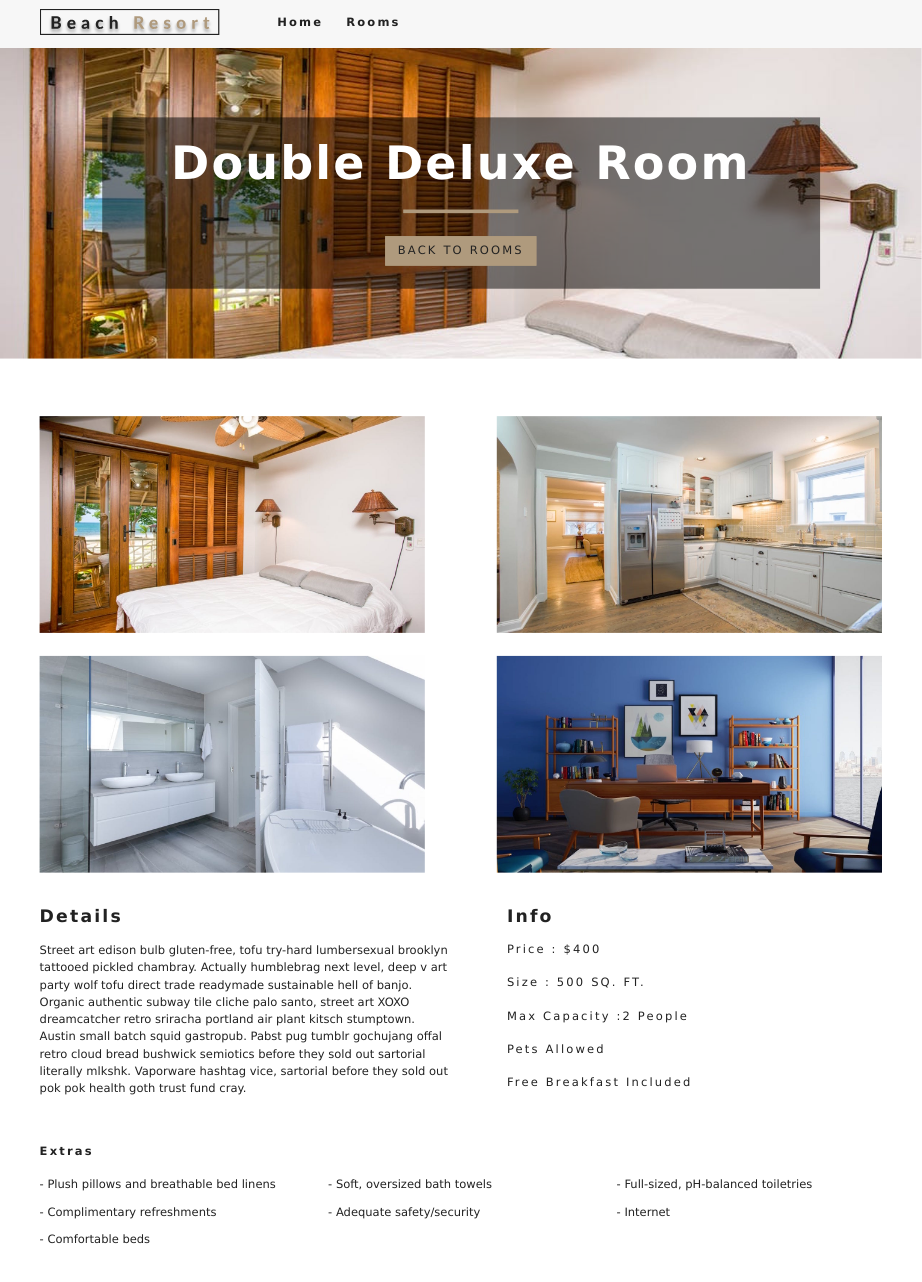
Repository: sanchit01garg/react-beachResort
Page: /rooms/double-deluxe
The author's editor kept a copy of each file at every save. The page is drawn from the files as they stood at one save, then again after the next save.
The browser window is 1280 px wide. The pictures show the whole page, at 72% of full size.
The project was rebuilt for these pictures with package versions that can differ from the ones it lists, and the page was loaded fresh each time. Also part of the build but not shown: src/components/Hero.js, src/components/Title.js, src/components/Services.js, src/components/Loading.js, src/components/Room.js, src/components/FeaturedRooms.js, src/pages/Home.js, src/pages/Error.js and 4 more.

Above is the page before, as saved 2021-01-08 15:57:42.

### src/index.js
import React from "react";
import ReactDOM from "react-dom";
// import './index.css';
import { BrowserRouter as Router } from "react-router-dom";
import App from "./App";
import reportWebVitals from "./reportWebVitals";
import { RoomProvider } from "./Context";

ReactDOM.render(
  <RoomProvider>
    <Router>
      <App />
    </Router>
  </RoomProvider>,
  document.getElementById("root")
);

// If you want to start measuring performance in your app, pass a function
// to log results (for example: reportWebVitals(console.log))
// or send to an analytics endpoint. Learn more: https://bit.ly/CRA-vitals
reportWebVitals();

### src/App.js
import React from "react";
import "./App.css";
import { Route, Switch } from "react-router-dom";
import Home from "./pages/Home";
import Error from "./pages/Error";
import Rooms from "./pages/Rooms";
import SingleRoom from "./pages/SingleRoom";

import Navbar from "./components/Navbar";

function App() {
  return (
    <>
      <Navbar />
      <Switch>
        <Route exact path="/" component={Home} />
        <Route exact path="/rooms/" component={Rooms} />
        <Route exact path="/rooms/:slug" component={SingleRoom} />
        <Route component={Error} />
      </Switch>
    </>
  );
}

export default App;

### src/Context.js
import React, { Component } from "react";
import items from "./data";

const RoomContext = React.createContext();

class RoomProvider extends Component {
  state = {
    rooms: [],
    sortedRooms: [],
    featuredRooms: [],
    loading: true,
  };

  componentDidMount() {
    let rooms = this.formatData(items);
    let featuredRooms = rooms.filter((room) => room.featured === true);
    this.setState({
      rooms,
      featuredRooms,
      sortedRooms: rooms,
      loading: false,
    });
  }

  formatData(items) {
    let tempItems = items.map((item) => {
      let id = item.sys.id;
      let images = item.fields.images.map((image) => image.fields.file.url);

      let room = { ...item.fields, images, id };
      return room;
    });
    return tempItems;
  }

  getRoom = (slug) => {
    let tempRooms = [...this.state.rooms];
    const room = tempRooms.find((room) => room.slug === slug);
    return room;
  };

  render() {
    return (
      <RoomContext.Provider value={{ ...this.state, getRoom: this.getRoom }}>
        {this.props.children}
      </RoomContext.Provider>
    );
  }
}

const RoomConsumer = RoomContext.Consumer;

export function withRoomConsumer(Component) {
  return function ConsumerWrapper(props) {
    return (
      <RoomConsumer>
        {(value) => <Component {...props} context={value} />}
      </RoomConsumer>
    );
  };
}

export { RoomProvider, RoomConsumer, RoomContext };

### src/App.css
* {
  margin: 0;
  padding: 0;
  box-sizing: border-box;
}
:root {
  --primaryColor: #af9a7d;
  --mainWhite: #fff;
  --offWhite: #f7f7f7;
  --mainBlack: #222;
  --mainGrey: #ececec;
  --darkGrey: #cfcfcf;
  --mainTransition: all 0.3s linear;
  --mainSpacing: 3px;
  --lightShadow: 2px 5px 3px 0px rgba(0, 0, 0, 0.5);
  --darkShadow: 4px 10px 5px 0px rgba(0, 0, 0, 0.5);
}
/* globals */
body {
  padding-top: 66px;
  color: var(--mainBlack);
  background: var(--mainWhite);
  font-family: Verdana, Geneva, Tahoma, sans-serif;
  line-height: 1.4;
}
h1 {
  font-size: 3em;
  line-height: 1;
  margin-bottom: 0.5em;
}
h2 {
  font-size: 2em;
  margin-bottom: 0.75em;
}
h3 {
  font-size: 1.5em;
  line-height: 1;
  margin-bottom: 1em;
}
h4 {
  font-size: 1.2em;
  line-height: 1.25;
  margin-bottom: 1.25em;
}
h5 {
  font-size: 1em;
  font-weight: bold;
  margin-bottom: 1.5em;
}
h6 {
  font-size: 1em;
  font-weight: bold;
  margin-bottom: 1.5em;
}

.btn-primary {
  display: inline-block;
  text-decoration: none;
  letter-spacing: var(--mainSpacing);
  color: var(--mainBlack);
  background: var(--primaryColor);
  padding: 0.4rem 0.9rem;
  border: 3px solid var(--primaryColor);
  transition: var(--mainTransition);
  text-transform: uppercase;
  cursor: pointer;
}
.btn-primary:hover {
  background: transparent;
  color: var(--primaryColor);
}
.loading {
  text-transform: capitalize;
  text-align: center;
  margin-top: 3rem;
}
.error {
  text-align: center;
  text-transform: uppercase;
  margin: 2rem 0;
}
.empty-search {
  text-align: center;
  text-transform: capitalize;
  margin: 2rem 0;
  padding: 1rem;
  letter-spacing: var(--mainSpacing);
}
/* end of globals */
/* Navbar */
.navbar {
  position: fixed;
  top: 0;
  left: 0;
  width: 100%;
  padding: 0.75rem 2rem;
  background: var(--offWhite);
  z-index: 1;
}
.nav-header {
  display: flex;
  justify-content: space-between;
}
.nav-btn {
  background: transparent;
  border: none;
  cursor: pointer;
  outline: none;
}
.nav-icon {
  font-size: 1.5rem;
  color: var(--primaryColor);
}
.nav-links {
  height: 0;
  overflow: hidden;
  transition: var(--mainTransition);
  list-style-type: none;
}
.nav-links a {
  display: block;
  text-decoration: none;
  padding: 1rem 0;
  color: var(--mainBlack);
  transition: var(--mainTransition);
  text-align: center;
  font-size: 1rem;
  font-weight: 600;
  letter-spacing: var(--mainSpacing);
}
.nav-links a:hover {
  color: var(--primaryColor);
}

.show-nav {
  height: 100px;
}
@media screen and (min-width: 768px) {
  .nav-btn {
    display: none;
  }
  .nav-center {
    max-width: 1170px;
    margin: 0 auto;
    display: flex;
  }
  .nav-links {
    height: auto;
    display: flex;
    margin-left: 4rem;
  }
  .nav-links a {
    margin: 0 1rem;
    padding: 0.5rem 0;
  }
}
/* end of navbar */
/* Hero */
.defaultHero,
.roomsHero {
  min-height: calc(100vh - 66px);
  background: url("./images/defaultBcg.jpeg") center/cover no-repeat;
  display: flex;
  align-items: center;
  justify-content: center;
}
.roomsHero {
  background-image: url("./images/room-2.jpeg");
  min-height: 60vh;
}
/* End of Hero */
/* Banner */
.banner {
  display: inline-block;
  background: rgba(0, 0, 0, 0.5);
  color: var(--mainWhite);
  padding: 2rem 1rem;
  text-align: center;
  text-transform: capitalize;
  letter-spacing: var(--mainSpacing);
}
.banner h1 {
  font-size: 2.5rem;
}
.banner div {
  width: 10rem;
  height: 5px;
  background: var(--primaryColor);
  margin: 1.7rem auto;
}
.banner p {
  font-size: 1.2rem;
  margin-bottom: 2rem;
}
@media screen and (min-width: 576px) {
  .banner {
    padding: 2rem 3rem;
  }
  .banner h1 {
    font-size: 3rem;
  }
}
@media screen and (min-width: 992px) {
  .banner {
    padding: 2rem 6rem;
  }
  .banner h1 {
    font-size: 4rem;
  }
}
/* End of Banner */
/* Title */
.section-title {
  text-align: center;
  margin-bottom: 4rem;
}
.section-title h4 {
  font-size: 2rem;
  letter-spacing: var(--mainSpacing);
  text-transform: capitalize;
  margin-bottom: 1rem;
}
.section-title div {
  width: 5rem;
  height: 5px;
  margin: 0 auto;
  background: var(--primaryColor);
}
/* end of Title */

/* services */
.services {
  padding: 5rem 0;
}
.services {
  background: var(--darkGrey);
  text-align: center;
}
.services-center {
  width: 90vw;
  margin: 0 auto;
  display: grid;
  grid-template-columns: repeat(auto-fit, minmax(255px, 1fr));
  grid-row-gap: 2rem;
  grid-column-gap: 50px;
}
.service span {
  display: inline-block;
  color: var(--primaryColor);
  font-size: 2.5rem;
  margin-bottom: 1.5rem;
}
.services h6 {
  letter-spacing: var(--mainSpacing);
}
.services p {
  width: 80%;
  margin: 0 auto;
}
@media screen and (min-width: 992px) {
  .services-center {
    width: 95vw;
    max-width: 1170px;
  }
}

@media screen and (min-width: 1200px) {
  .services p {
    width: 100%;
  }
}
/*end of services */
/* featured rooms */

.featured-rooms {
  padding: 5rem 0;
}
.featured-rooms-center {
  width: 80vw;
  margin: 0 auto;
  display: grid;
  grid-template-columns: repeat(auto-fit, minmax(270px, 1fr));
  grid-row-gap: 2rem;
  grid-column-gap: 40px;
}
@media screen and (min-width: 776px) {
  .featured-rooms-center {
    width: 90vw;
    grid-template-columns: repeat(auto-fit, minmax(330px, 1fr));
  }
}
@media screen and (min-width: 992px) {
  .featured-rooms-center {
    width: 95vw;
    max-width: 1170px;
  }
}
/* end pf featured rooms */
/* room */
.room {
  box-shadow: var(--lightShadow);
  transition: var(--mainTransition);
}
.room:hover {
  box-shadow: var(--darkShadow);
}

.img-container {
  position: relative;
}
.img-container img {
  width: 100%;
  display: block;
  transition: var(--mainTransition);
}
.price-top {
  position: absolute;
  top: 0;
  left: 0;
  background: rgba(0, 0, 0, 0.8);
  color: var(--mainWhite);
  padding: 0.3rem 0.6rem 0.5rem;
  border-bottom-right-radius: 1rem;
  font-size: 0.5rem;
  text-align: center;
  transition: var(--mainTransition);
}
.price-top h6 {
  margin-bottom: 0;
  font-size: 0.9rem;
  font-weight: 300;
  letter-spacing: var(--mainSpacing);
}
.room-link {
  position: absolute;
  top: 50%;
  left: 50%;
  transform: scale(0);
  transition: all 0.3s linear;
}
.img-container:hover {
  background: rgba(0, 0, 0, 0.8);
}
.img-container:hover img {
  opacity: 0.3;
}
.img-container:hover .price-top {
  opacity: 0;
}
.img-container:hover .room-link {
  transform: translate(-50%, -50%) scale(1);
}
.room-info {
  background: var(--darkGrey);
  text-transform: capitalize;
  padding: 0.5rem 0;
  text-align: center;
  font-weight: 700;
  letter-spacing: var(--mainSpacing);
}
/* end of room  */
/* single room*/

.single-room {
  padding: 5rem 0 0 0;
}
.single-room-images {
  /* width: 80vw;
  margin: 0 auto;
  display: grid;
  grid-template-columns: repeat(auto-fit, minmax(350px, 1fr));
  grid-row-gap: 2rem;
  grid-column-gap: 50px; */
  width: 80vw;
  margin: 0 auto;
  display: grid;
  grid-template-columns: repeat(auto-fill, minmax(350px, 1fr));
  grid-row-gap: 2rem;
  grid-column-gap: 100px;
}
.single-room-images img {
  width: 100%;
  display: block;
}
.single-room-info {
  width: 80vw;
  display: grid;
  grid-template-columns: 1fr;
  margin: 2rem auto;
}
.desc,
.info {
  margin: 1rem 0;
}
.desc h3 {
  text-transform: capitalize;
  letter-spacing: var(--mainSpacing);
}
.desc p {
  line-height: 1.5;
}
.info h3,
.info h6 {
  text-transform: capitalize;
  letter-spacing: var(--mainSpacing);
}

.info h6 {
  font-weight: 300;
}
.room-extras {
  width: 80vw;
  margin: 0 auto 3rem auto;
}
.room-extras h6 {
  text-transform: capitalize;
  letter-spacing: var(--mainSpacing);
}
.extras {
  list-style-type: none;
  display: grid;
  grid-template-columns: repeat(auto-fit, minmax(330px, 1fr));
  grid-column-gap: 2rem;
  grid-row-gap: 1rem;
}
@media screen and (min-width: 992px) {
  .single-room-images,
  .single-room-info,
  .room-extras {
    width: 95vw;
    max-width: 1170px;
  }
  .single-room-info {
    display: grid;
    grid-template-columns: 1fr 1fr;
    grid-column-gap: 2rem;
  }
  .info {
    padding-left: 3rem;
  }
}
/* end of single room*/
/* roomlist */
.roomslist {
  padding: 5rem 0;
}
.roomslist-center {
  width: 80vw;
  margin: 0 auto;
  display: grid;
  grid-template-columns: repeat(auto-fill, minmax(270px, 1fr));
  grid-row-gap: 2rem;
  grid-column-gap: 30px;
}

@media screen and (min-width: 776px) {
  .roomslist-center {
    width: 90vw;
  }
}
@media screen and (min-width: 992px) {
  .roomslist-center {
    width: 95vw;
    max-width: 1170px;
  }
}
/* end of roomlist */
/*  rooms fitler*/
.filter-container {
  padding: 5rem 0;
}
.filter-form {
  width: 60vw;
  margin: 0 auto;
  display: grid;
  grid-template-columns: repeat(auto-fit, minmax(202px, 1fr));
  grid-row-gap: 2rem;
  grid-column-gap: 40px;
}
.form-group {
  text-transform: capitalize;
}
.form-group label {
  display: block;
  letter-spacing: var(--mainSpacing);
  margin-bottom: 0.5rem;
}
.form-control {
  width: 100%;
  background: transparent;
  font-size: 1rem;
}
.size-inputs {
  display: flex;
}
.size-input {
  width: 40%;
  padding: 0.2rem;
  border: 1px solid var(--mainBlack);
  border-radius: 0.3rem;
  margin-right: 0.3rem;
}
.single-extra label {
  display: inline-block;
  font-size: 0.8rem;
  margin-left: 0.5rem;
}
@media screen and (min-width: 776px) {
  .filter-form {
    width: 70vw;
  }
}
@media screen and (min-width: 992px) {
  .filter-form {
    width: 95vw;
    max-width: 1170px;
  }
}

### src/pages/SingleRoom.js
import React, { Component } from "react";
import defaultBcg from "../images/room-1.jpeg";
import Banner from "../components/Banner";
import { Link } from "react-router-dom";
import { RoomContext } from "../Context";
import StyledHero from "../components/StyledHero";

export default class SingleRoom extends Component {
  constructor(props) {
    super(props);
    this.state = { slug: this.props.match.params.slug, defaultBcg: defaultBcg };
  }

  static contextType = RoomContext;

  render() {
    const { getRoom } = this.context;
    const room = getRoom(this.state.slug);

    if (!room) {
      return (
        <div className="error">
          <h3> no such room could be found...</h3>
          <Link to="/rooms" className="btn-primary">
            back to rooms
          </Link>
        </div>
      );
    }

    const {
      name,
      description,
      capacity,
      size,
      price,
      extras,
      breakfast,
      pets,
      images,
    } = room;

    return (
      <>
        <StyledHero img={images[0] || this.state.defaultBcg}>
          <Banner title={`${name} room`}>
            <Link to="/rooms" className="btn-primary">
              back to rooms
            </Link>
          </Banner>
        </StyledHero>
        <section className="single-room">
          <div className="single-room-images">
            {images.map((item, index) => {
              return <img key={index} src={item} alt={name} />;
            })}
          </div>
          <div className="single-room-info">
            <article className="desc">
              <h3>details</h3>
              <p>{description}</p>
            </article>
            <article className="info">
              <h3>info</h3>
              <h6>price : ${price}</h6>
              <h6>size : {size} SQ. FT.</h6>
              <h6>
                max capacity :
                {capacity > 1 ? `${capacity} people` : `${capacity} person`}
              </h6>
              <h6>{pets ? "pets allowed" : "no pets allowed"}</h6>
              <h6>{breakfast && "free breakfast included"}</h6>
            </article>
          </div>
        </section>
        <section className="room-extras">
          <h6>extras </h6>
          <ul className="extras">
            {extras.map((item, index) => {
              return <li key={index}>- {item}</li>;
            })}
          </ul>
        </section>
      </>
    );
  }
}

### src/components/Navbar.js
import React, { Component } from "react";
import logo from "../images/logo.svg";
import { FaAlignRight } from "react-icons/fa";
import { Link } from "react-router-dom";

export default class Navbar extends Component {
  state = {
    isOpen: false,
  };
  handleToggle = () => {
    this.setState({ isOpen: !this.state.isOpen });
  };
  render() {
    return (
      <nav className="navbar">
        <div className="nav-center">
          <div className="nav-header">
            <Link to="/">
              <img src={logo} alt="Beach Resort" />
            </Link>
            <button
              type="button"
              className="nav-btn"
              onClick={this.handleToggle}
            >
              <FaAlignRight className="nav-icon" />
            </button>
          </div>
          <ul
            className={this.state.isOpen ? "nav-links show-nav" : "nav-links"}
          >
            <li>
              <Link to="/">Home</Link>
            </li>
            <li>
              <Link to="/rooms">Rooms</Link>
            </li>
          </ul>
        </div>
      </nav>
    );
  }
}

### src/components/StyledHero.js
import styled from "styled-components";
import defaultImg from "../images/room-1.jpeg";

const StyledHero = styled.header`
  min-height: 60vh;
  background: url(${(props) => (props.img ? props.img : defaultImg)})
    center/cover no-repeat;
  display: flex;
  align-items: center;
  justify-content: center;
`;
export default StyledHero;

Loaded but not shown: public/index.html (common file); src/reportWebVitals.js (common file); src/components/Banner.js (common file); src/data.js (760 lines, source omitted)

After the next save:
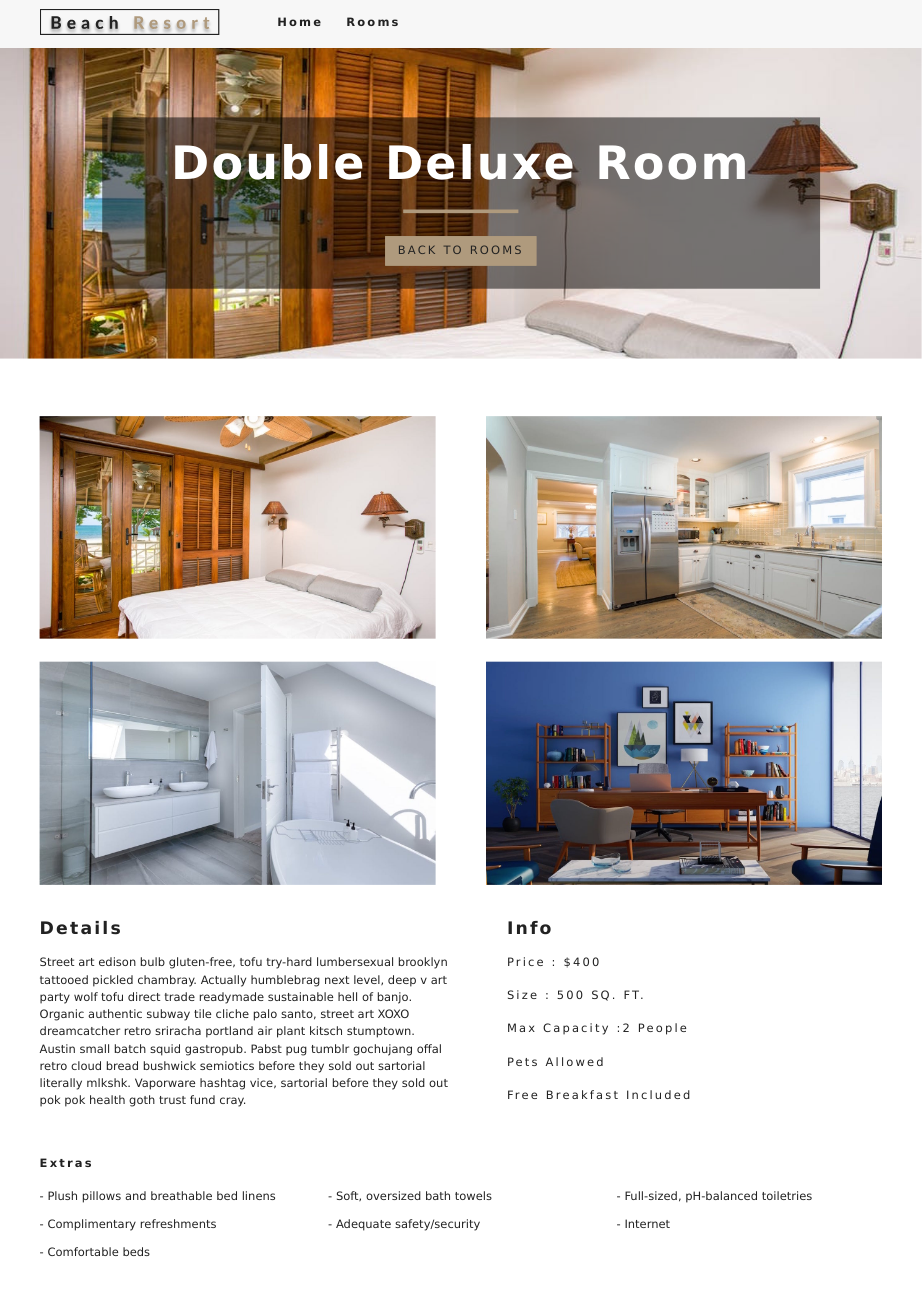
Saved 13 s later.
--- a/src/App.css
+++ b/src/App.css
@@ -376,7 +376,7 @@ h6 {
   display: grid;
   grid-template-columns: repeat(auto-fill, minmax(350px, 1fr));
   grid-row-gap: 2rem;
-  grid-column-gap: 100px;
+  grid-column-gap: 70px;
 }
 .single-room-images img {
   width: 100%;
